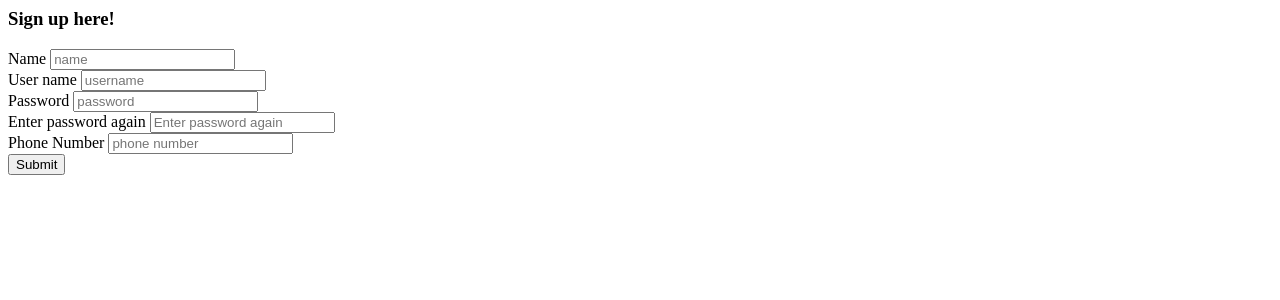
Repository: ApoorvaMishra4/Bootcamp
Page: http://localhost/Login/
An editor plug-in stored every save of this project. The page is shown before and after the next save, followed by the edit.
The browser window is 1280 px wide. The pictures show the whole page.
The page is served by Tomcat 9. Other server files are loaded and not shown.

Above is the page before, as saved 2018-08-09 07:14:55.

### Login/src/main/webapp/index.jsp
<html>
<head>
<style>
</style>
</head>
<body>
<form method = "post" action="registration">
<h3>Sign up here!</h3>
<label for="name">Name</label>
<input type="text" name="name" placeholder="name">
<br>
<label for="username">User name</label>
<input type="text" name="username"  placeholder="username">
<br>
<label for="password">Password</label>
<input type="password" name="password"  placeholder="password">
<br>
<label for="reEnterPassword">Enter password again</label>
<input type="password" name="reEnterPassword"  placeholder="Enter password again">
<br>
<label for="phoneNumber">Phone Number</label>
<input type="text" name="phoneNumber"  placeholder="phone number">
<br>
<input type="button" value="Submit" onclick="location.href='Login.jsp'">
</form>
</body>
</html>

After the next save:
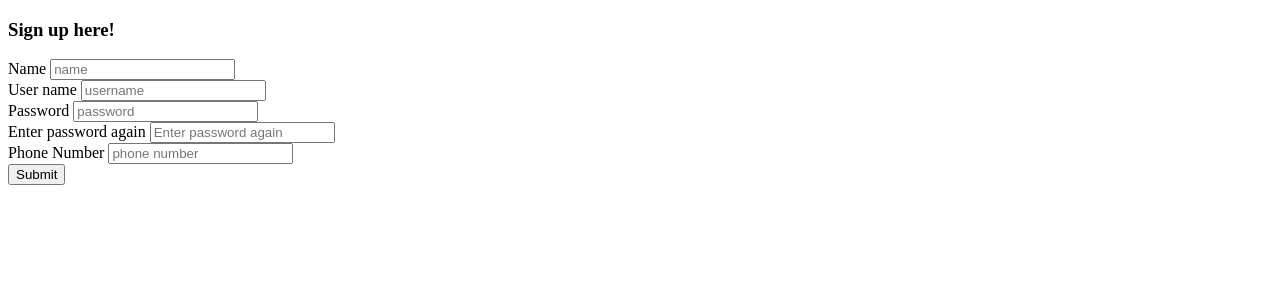
Saved 112 s later.
--- a/Login/src/main/webapp/index.jsp
+++ b/Login/src/main/webapp/index.jsp
@@ -1,3 +1,6 @@
+<%@page contentType="text/html" pageEncoding="UTF-8"%>
+<!DOCTYPE html>
+
 <html>
 <head>
 <style>
